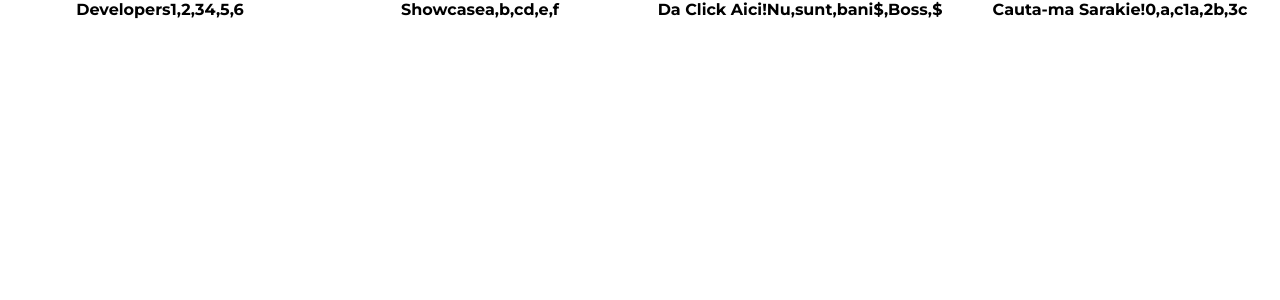
Repository: xtremer15/Css-JS
Page: Css-JS/JS and CSS Study/JS/basics-01-starting-project/assets/scripts/test/test-2.index.html
The author's editor kept a copy of each file at every save. The page is drawn from the files as they stood at one save, then again after a run of saves.
The browser window is 1280 px wide. The pictures show the whole page.

Above is the page before, as saved 2020-02-28 14:22:10.

### Css-JS/JS and CSS Study/JS/basics-01-starting-project/assets/scripts/test/test-2.index.html
<!DOCTYPE html>
<html lang="en">

<head>
    <meta charset="UTF-8">
    <meta name="viewport" content="width=device-width, initial-scale=1.0">
    <link rel="stylesheet" type="text/css" href="./test-2.css">
    <link href="https://fonts.googleapis.com/css?family=Montserrat:400,700&display=swap" rel="stylesheet">
    <title>Document</title>
</head>
<body>

    <div id="content"></div>

    <script src="test-2.js"></script>

</body>

</html>

### Css-JS/JS and CSS Study/JS/basics-01-starting-project/assets/scripts/test/test-2.css
* {
  padding: 0;
  margin: 0;
  font-family: "Montserrat";
  font-weight: bold;
}

#content {
  display: flex;
  width: 100%;
  height: 30px;
}

.items {
  display: flex;
  flex-direction: row;
  text-decoration: none;
  list-style: none;
  width: inherit;
  text-align: center;
}

.item {
  flex: 1;
}

### Css-JS/JS and CSS Study/JS/basics-01-starting-project/assets/scripts/test/test-2.js
const MENU = [
  {
    title: "Developers",
    options: [
      {
        url: "http://teapa.com",
        opt: ["1", "2", "3"]
      },
      {
        url: "pamantul.e.plat.co.uk",
        opt: ["4", "5", "6"]
      }
    ]
  },
  {
    title: "Showcase",
    options: [
      {
        url: "bmw.ul.areSemnalizare.uk",
        opt: ["a", "b", "c"]
      },
      {
        url: "bmw.ul.NuareSemnalizare.uk",
        opt: ["d", "e", "f"]
      }
    ]
  },
  {
    title: "Da Click Aici!",
    options: [
      {
        url: "Trebe Bani pt asa ceva boss!",
        opt: ["Nu", "sunt", "bani"]
      },
      {
        url: "tupac.e.alive.onion",
        opt: ["$", "Boss", "$"]
      }
    ]
  },
  {
    title: "Cauta-ma Sarakie!",
    options: [
      {
        url: "Telefonul Sarakiei!",
        opt: ["0", "a", "c"]
      },
      {
        url: "mail.pt.sarakie.gold",
        opt: ["1a", "2b", "3c"]
      }
    ]
  }
];

//Empty variables
const elemToAppend = document.querySelector("#content");
console.log(elemToAppend);
let strTitle = "";
let strOption = "";

// Ul creation
const ul = document.createElement("ul");
ul.setAttribute("class", "items");
console.log(ul);

for (let i = 0; i < MENU.length; i++) {
  const li = document.createElement("li");
  li.setAttribute("class", "item");
  strTitle = MENU[i].title;
  console.log(strTitle);
  li.appendChild(document.createTextNode(strTitle));
  ul.appendChild(li);
  for (let j = 0; j < MENU[i].options.length; j++) {
    const a = document.createElement("a");
    a.setAttribute("class", "link");
    strOption = MENU[i].options[j].opt;
    a.appendChild(document.createTextNode(strOption));
    li.appendChild(a);
  }
}

elemToAppend.appendChild(ul);

After the next 13 saves:
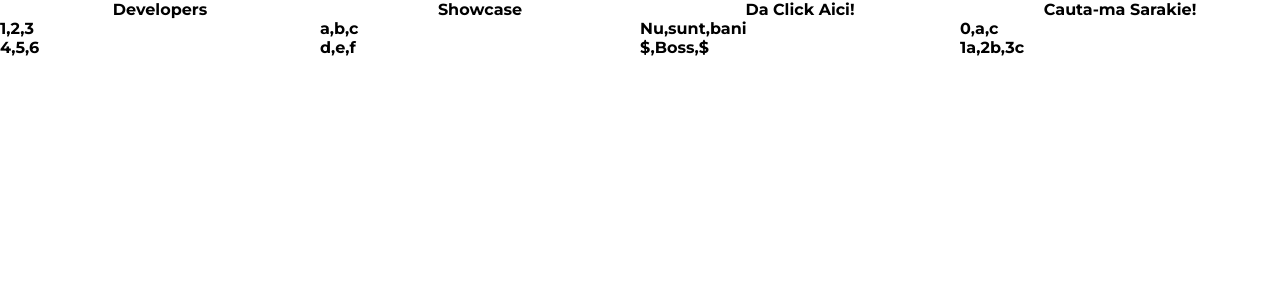
The 13 saves are shown as one change because they came seconds apart.
The last was saved 30 s later.
--- a/Css-JS/JS and CSS Study/JS/basics-01-starting-project/assets/scripts/test/test-2.css
+++ b/Css-JS/JS and CSS Study/JS/basics-01-starting-project/assets/scripts/test/test-2.css
@@ -23,3 +23,9 @@
 .item {
   flex: 1;
 }
+
+.link{
+  display: flex;
+  text-align: center;
+  text
+}
